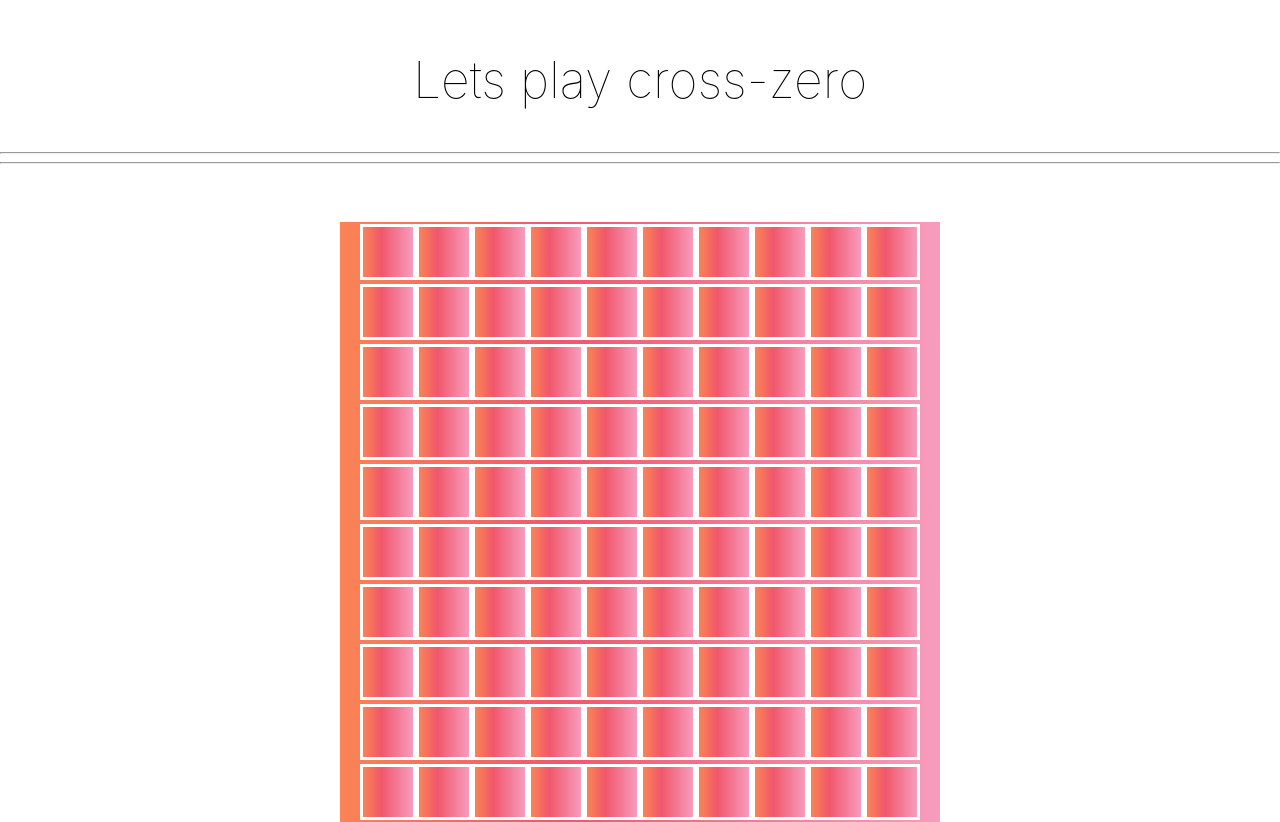
Repository: PGVlasov/cross-zero-game
Page: /
The author's editor kept a copy of each file at every save. The page is drawn from the files as they stood at one save, then again after a run of saves.
The browser window is 1280 px wide. The pictures show the whole page.
The project was rebuilt for these pictures with package versions that can differ from the ones it lists, and the page was loaded fresh each time. Also part of the build but not shown: webpack.config.js, src/Containers/Field/Field.module.css, src/Containers/Field/Field.js.

Above is the page before, as saved 2020-12-01 12:29:13.

After the next 3 saves:
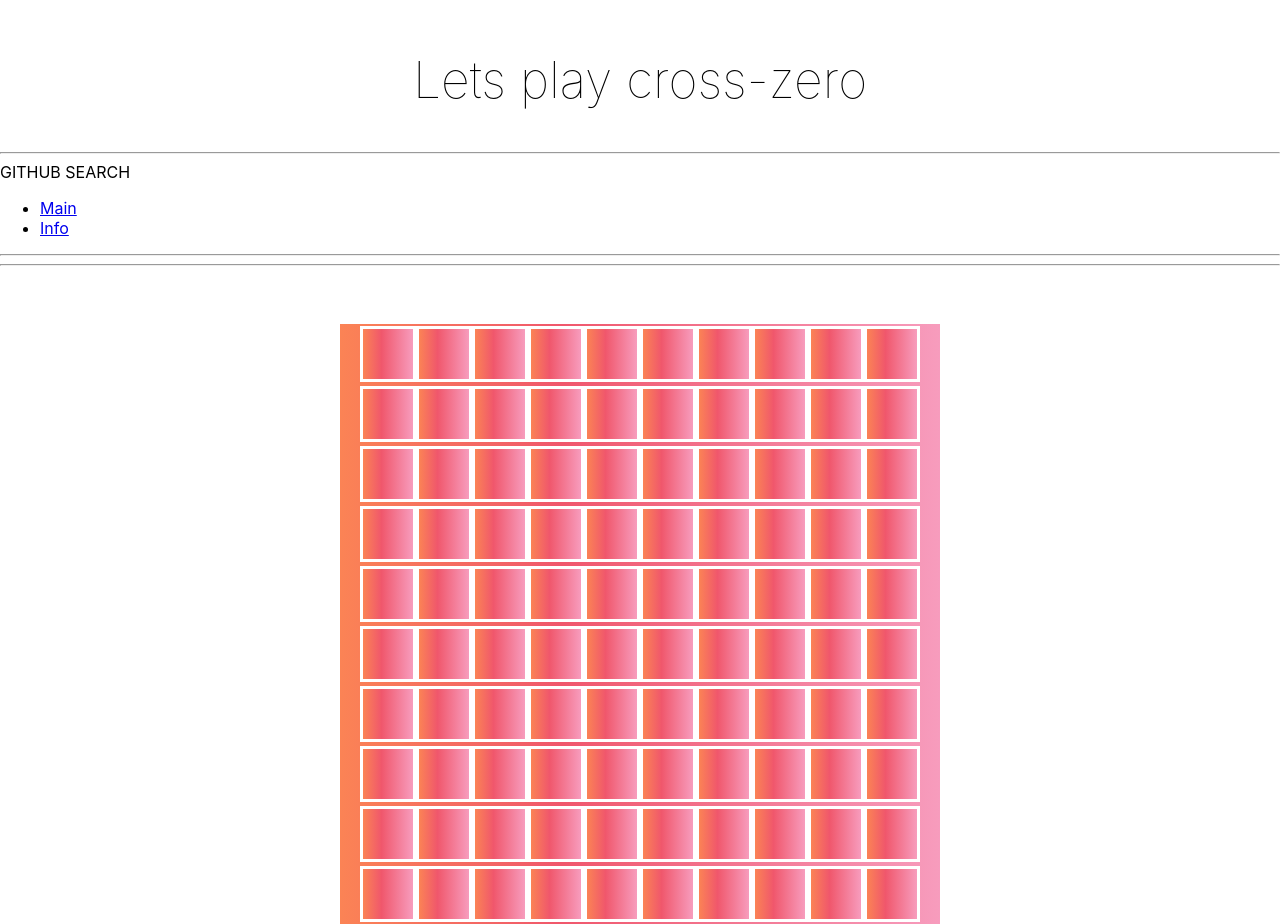
The 3 saves are shown as one change because 2 did not build or start.
The last was saved 107 s later.
--- a/src/App.js
+++ b/src/App.js
@@ -1,14 +1,19 @@
-import Field from "./Containers/Field/Field";
+import { BrowserRouter, Switch, Route } from "react-router-dom";
 import Field1 from "./Containers/Field/Field1";
 import { Header } from "./Containers/Header/Header";
+import { Navbar } from "./Containers/Navbar/Navbar";
 
 function App() {
   return (
     <div>
-      <Header />
-      <hr />
-      <hr />
-      <Field1 />
+      <BrowserRouter>
+        <Header />
+        <hr />
+        <Navbar />
+        <hr />
+        <hr />
+        <Field1 />
+      </BrowserRouter>
     </div>
   );
 }
